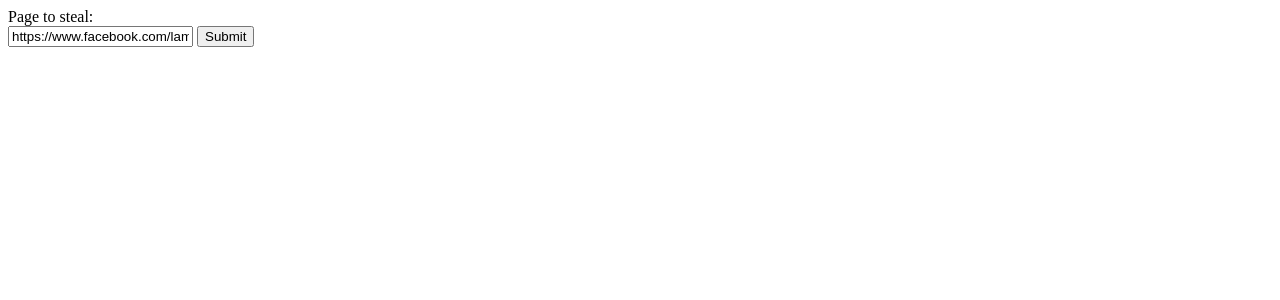
Repository: HmsChumsai/scrape
Page: views/index.html
The author's editor kept a record of every edit. The page is drawn from the files as they stood at one moment, then again after the next edit.
The browser window is 1280 px wide. The pictures show the whole page.

Above is the page before.

### views/index.html
<!DOCTYPE html>
<html>

<body>

    <form action="/facebook" method="GET">
        Page to steal:
        <br>
        <input type="text" name="url" value="https://www.facebook.com/lamignonne.sweetshop/photos/a.745574142195059.1073742077.237010953051383/745574262195047/?type=3&theater">
        <input type="submit" value="Submit">
    </form>

    <p></p>

</body>

</html>

After the next edit:
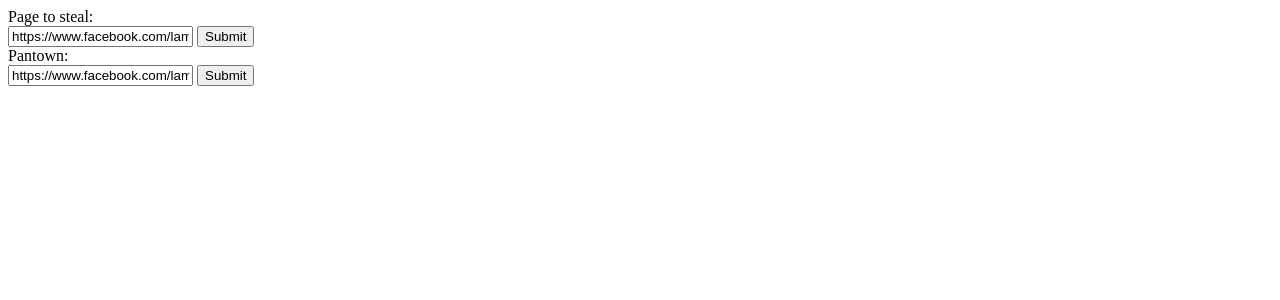
The edit:
--- a/views/index.html
+++ b/views/index.html
@@ -10,6 +10,13 @@
         <input type="submit" value="Submit">
     </form>
 
+    <form action="/facebook" method="GET">
+        Pantown:
+        <br>
+        <input type="text" name="url" value="https://www.facebook.com/lamignonne.sweetshop/photos/a.745574142195059.1073742077.237010953051383/745574262195047/?type=3&theater">
+        <input type="submit" value="Submit">
+    </form>
+
     <p></p>
 
 </body>
